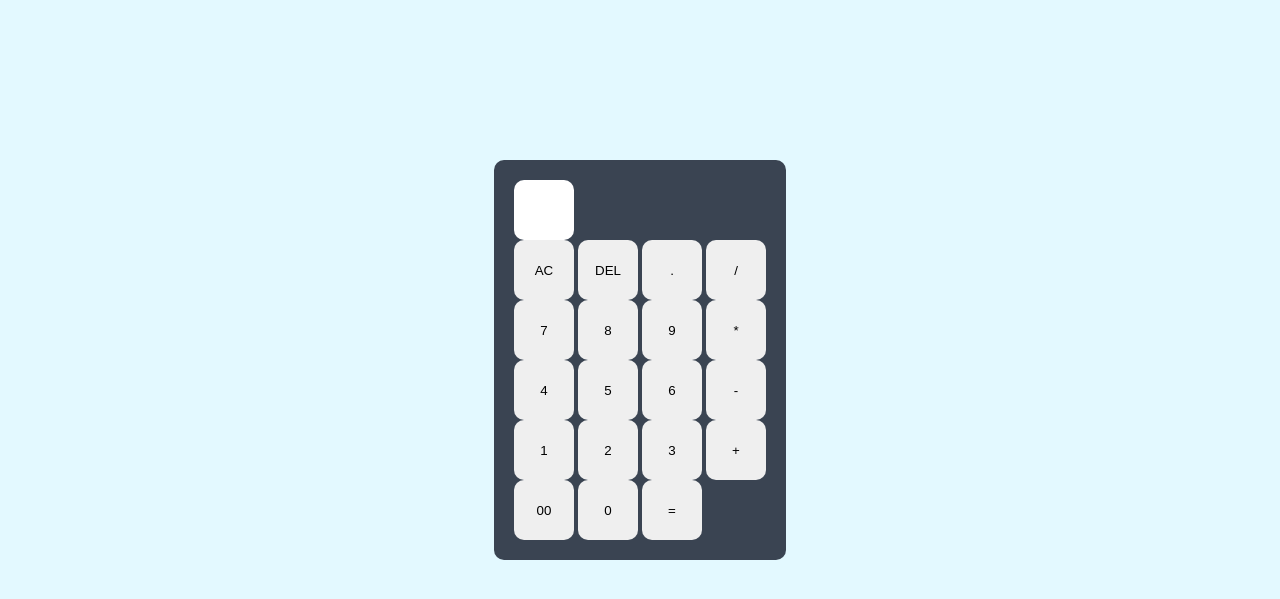
Repository: isaacCodes1/Calculator
Page: index.html
These files come from the project's save history. The page is drawn as it stood at one moment and after the next save; the edit follows.
The browser window is 1280 px wide. The pictures show the whole page.

Above is the page before, as saved 2024-04-01 18:19:16.

After the next save:
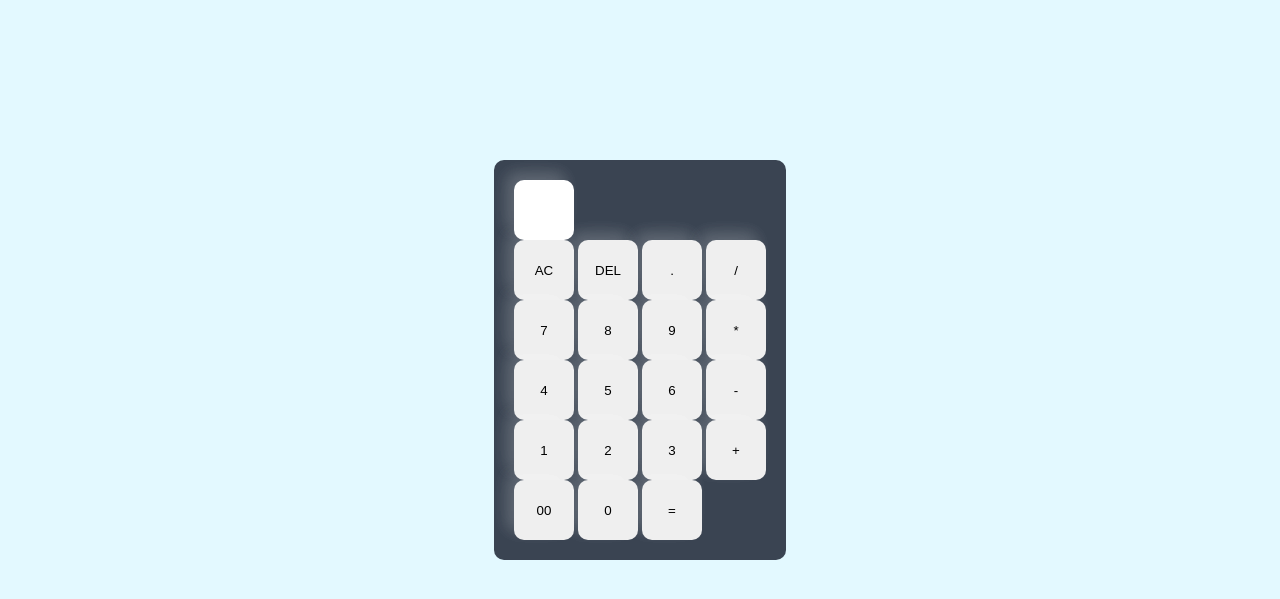
Saved 10 s later.
--- a/style.css
+++ b/style.css
@@ -22,5 +22,5 @@
     width: 60px;
     height: 60px;
     border-radius: 10px;
-    box-shadow: -8px -8px  15px rgba(255, 255, 255, 0.1), ;
+    box-shadow: -8px -8px  15px rgba(255, 255, 255, 0.1), -8px -8px  15px rgba(255, 255, 255, 0.1);
 }
